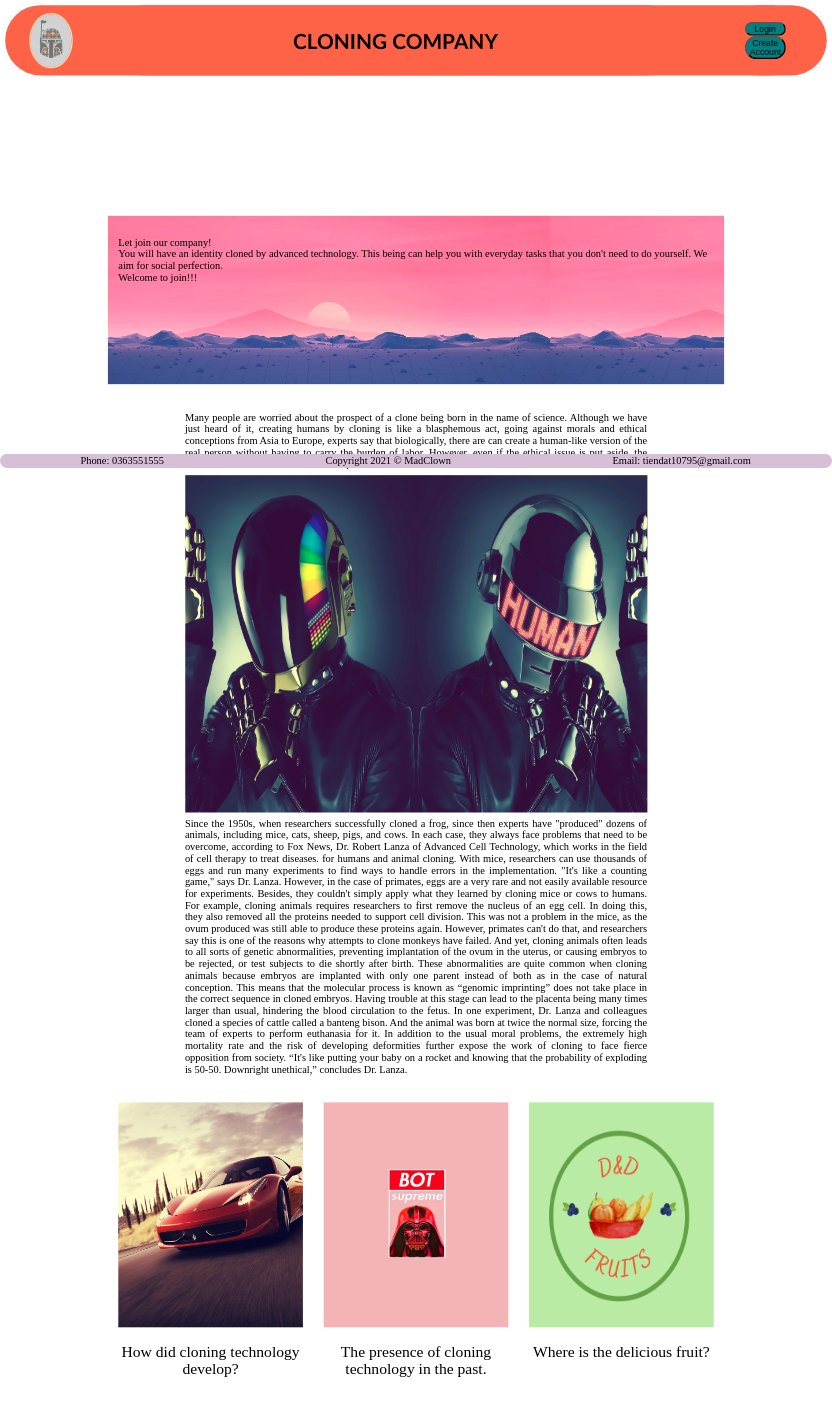
Repository: madd107/demo-form
Page: Assigment_FEE/CaseStudy_1.html
The author's editor kept a copy of each file at every save. The page is drawn from the files as they stood at one save, then again after the next save.
The browser window is 1280 px wide. The pictures show the whole page, at 65% of full size.

Above is the page before, as saved 2021-10-01 01:56:05.

After the next save:
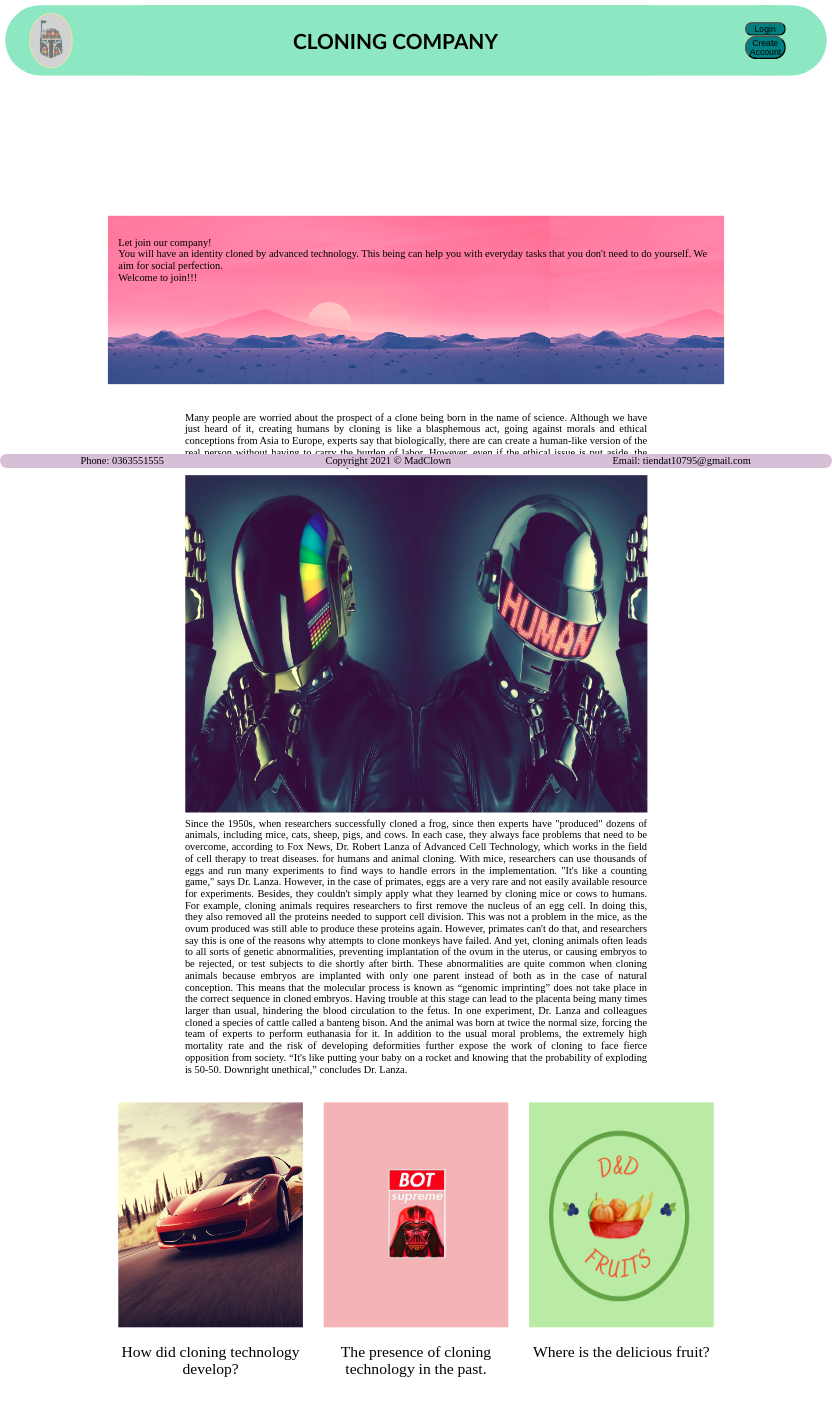
Saved 62 s later.
--- a/Assigment_FEE/css/CaseStudy_1.css
+++ b/Assigment_FEE/css/CaseStudy_1.css
@@ -2,7 +2,6 @@
   margin: 0 auto;
   width: 100%;
   height: 2160px;
-  /* background-color: whitesmoke; */
   position: relative;
 }
 .topbar {
@@ -11,7 +10,7 @@
   height: 5%;
   display: flex;
   justify-content: space-between;
-  background-color: tomato;
+  background-color: rgb(141, 231, 194);
   align-items: center;
   border-radius: 5em;
 }
